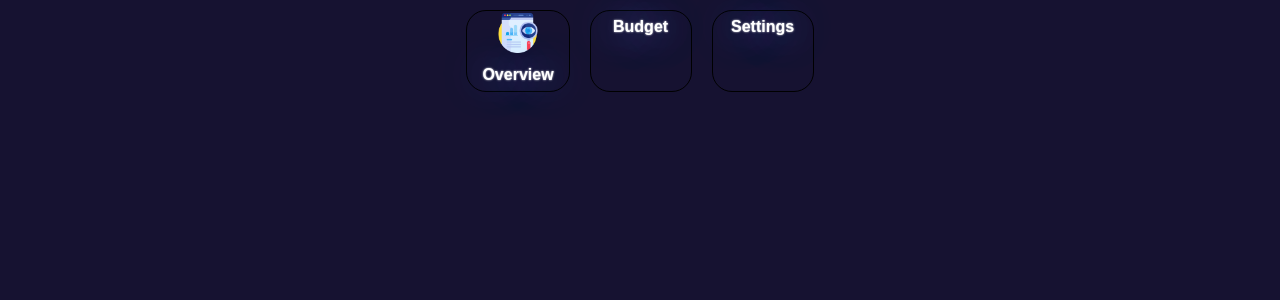
Repository: Minkeani/Money-Manager
Page: /
The author's editor kept a copy of each file at every save. The page is drawn from the files as they stood at one save, then again after the next save.
The browser window is 1280 px wide. The pictures show the whole page.
The project was rebuilt for these pictures with package versions that can differ from the ones it lists, and the page was loaded fresh each time.

Above is the page before, as saved 2022-07-12 19:46:55.

After the next save:
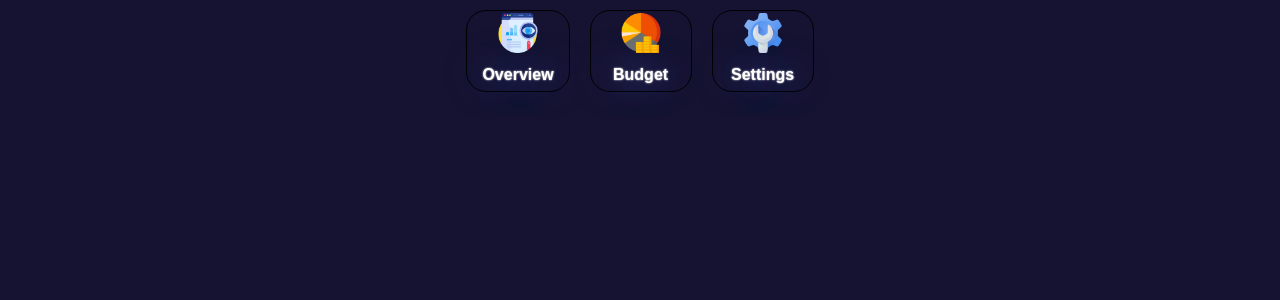
Saved 5 min 43 s later.
--- a/src/components/Header/Header.jsx
+++ b/src/components/Header/Header.jsx
@@ -14,8 +14,12 @@ export default function Header() {
             <img src={overview} alt="" />
             <a to='/Overview' exact='true' >Overview</a>
         </li>
-        <li><a to='/Budget' exact='true' >Budget</a></li>
-        <li><a ato="/Settings" exact='true'>Settings</a></li>
+        <li>
+            <img src={Budget} alt="" />
+            <a to='/Budget' exact='true' >Budget</a></li>
+        <li>
+            <img src={settings} alt="" />
+            <a ato="/Settings" exact='true'>Settings</a></li>
     </ul>
 
     </div>
